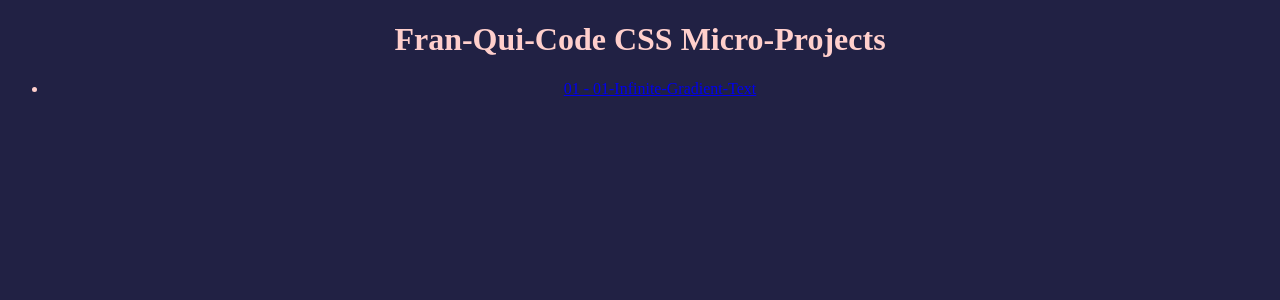
Repository: Francois-QUICODE/CSS-Micro-Projects
Page: index.html
An editor plug-in stored every save of this project. The page is shown before and after the next save, followed by the edit.
The browser window is 1280 px wide. The pictures show the whole page.

Above is the page before, as saved 2020-11-27 23:57:20.

### index.html
<!DOCTYPE html>
<html lang="en">
  <head>
    <meta charset="UTF-8" />
    <title>Fran-Qui-Code CSS Micro-Projects</title>
  </head>
  <body>
    <h1>Fran-Qui-Code CSS Micro-Projects</h1>

    <ul>
      <li>
        <a href="/Projects/01-Infinite-Gradient-Text.html"
          >01 - 01-Infinite-Gradient-Text</a
        >
      </li>
    </ul>

    <style>
      body {
        background-color: #212144;
        color: #ffcfcc;
        text-align: center;
      }

      a, a:visited {
          text-;
      }
    </style>
  </body>
</html>

After the next save:
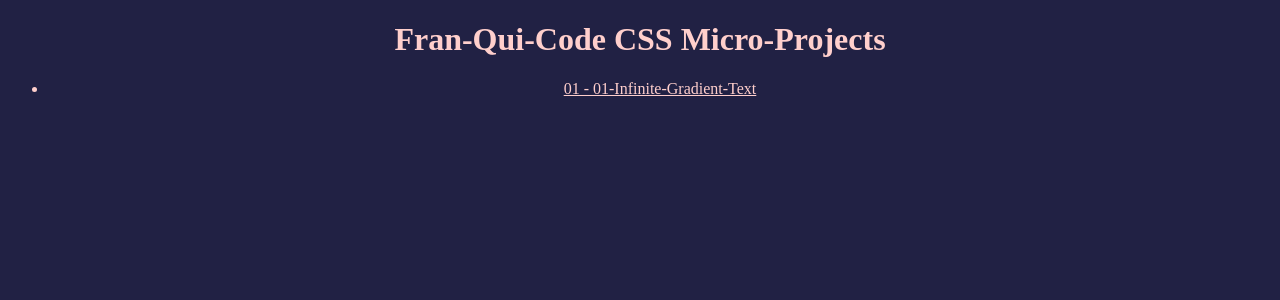
Saved 44 s later.
--- a/index.html
+++ b/index.html
@@ -22,8 +22,9 @@
         text-align: center;
       }
 
-      a, a:visited {
-          text-;
+      a,
+      a:visited {
+        color: #ffcfcc;
       }
     </style>
   </body>
